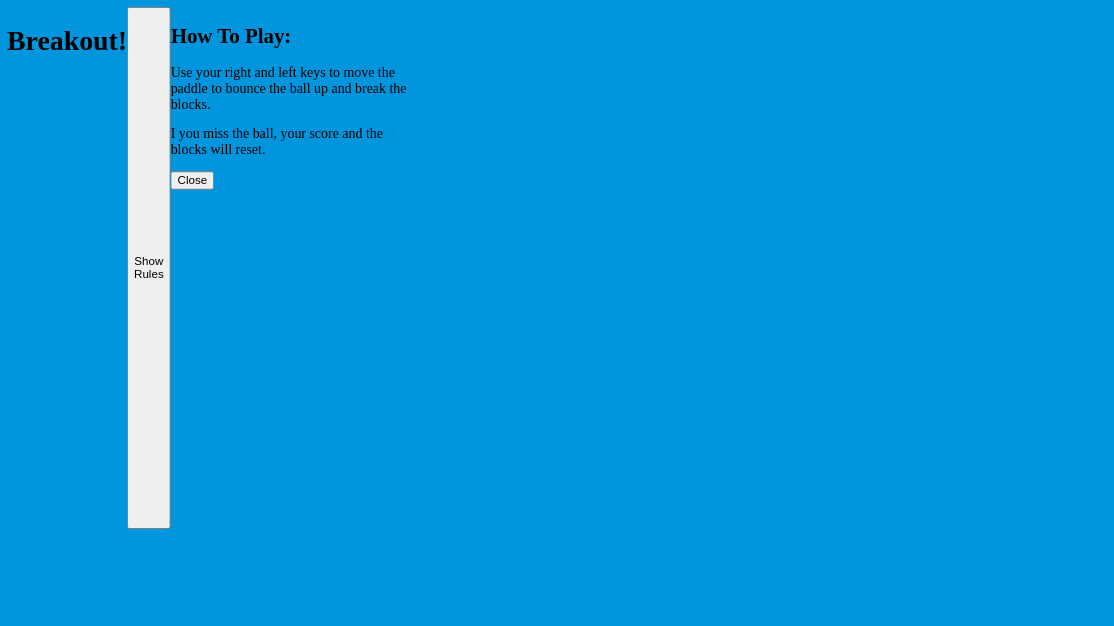
Repository: JackyZzZz/BREAKOUT-GAME
Page: index.html
An editor plug-in stored every save of this project. The page is shown before and after a run of saves, followed by the edit.
The browser window is 1280 px wide. The pictures show the whole page, at 87% of full size.

Above is the page before, as saved 2023-09-04 20:32:06.

After the next 2 saves:
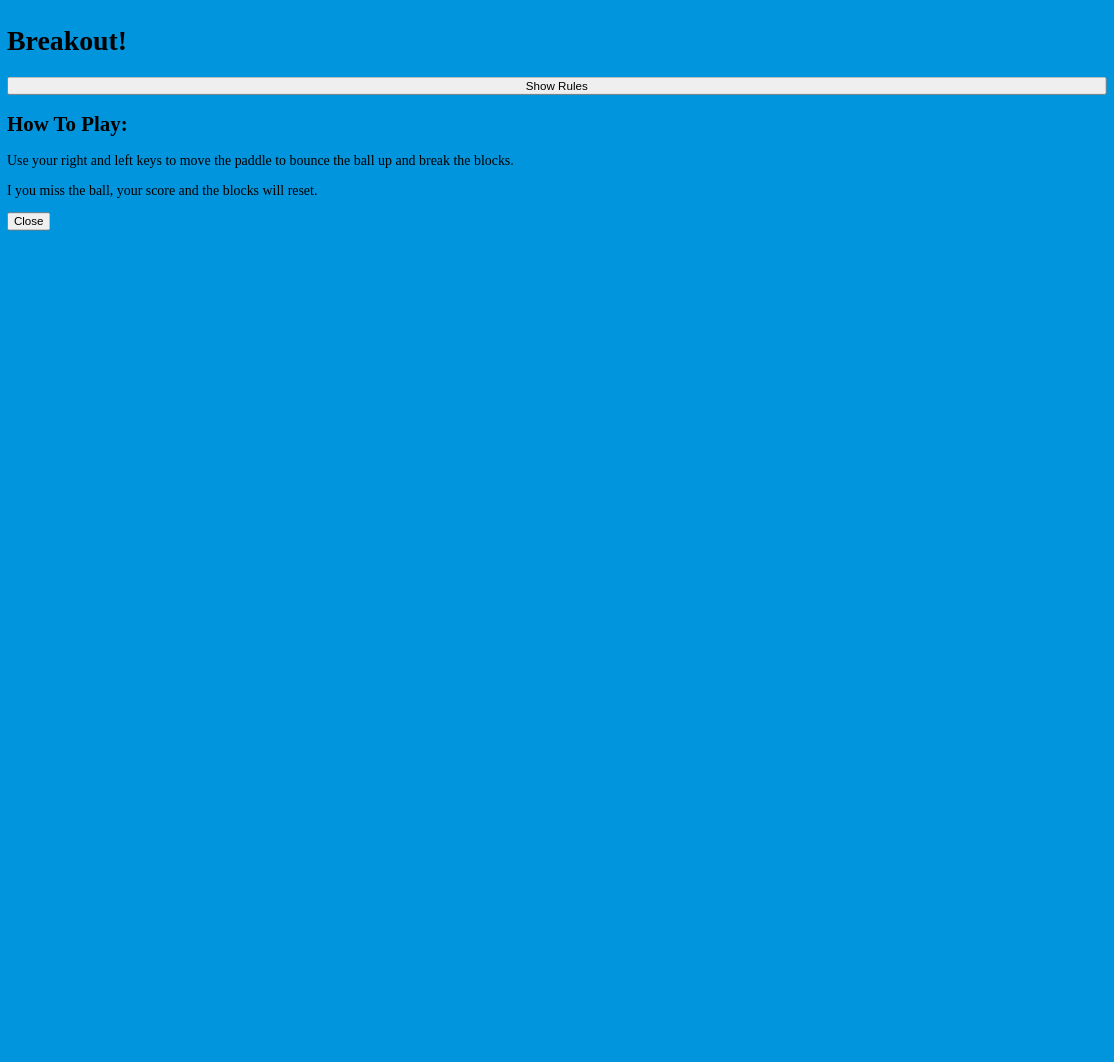
The 2 saves are shown as one change because they came seconds apart.
The last was saved 11 s later.
--- a/style.css
+++ b/style.css
@@ -4,5 +4,6 @@
 
 body {
     background-color: #0095dd;
-    display: flex
+    display: flex;
+    flex-direction: column;
 }
